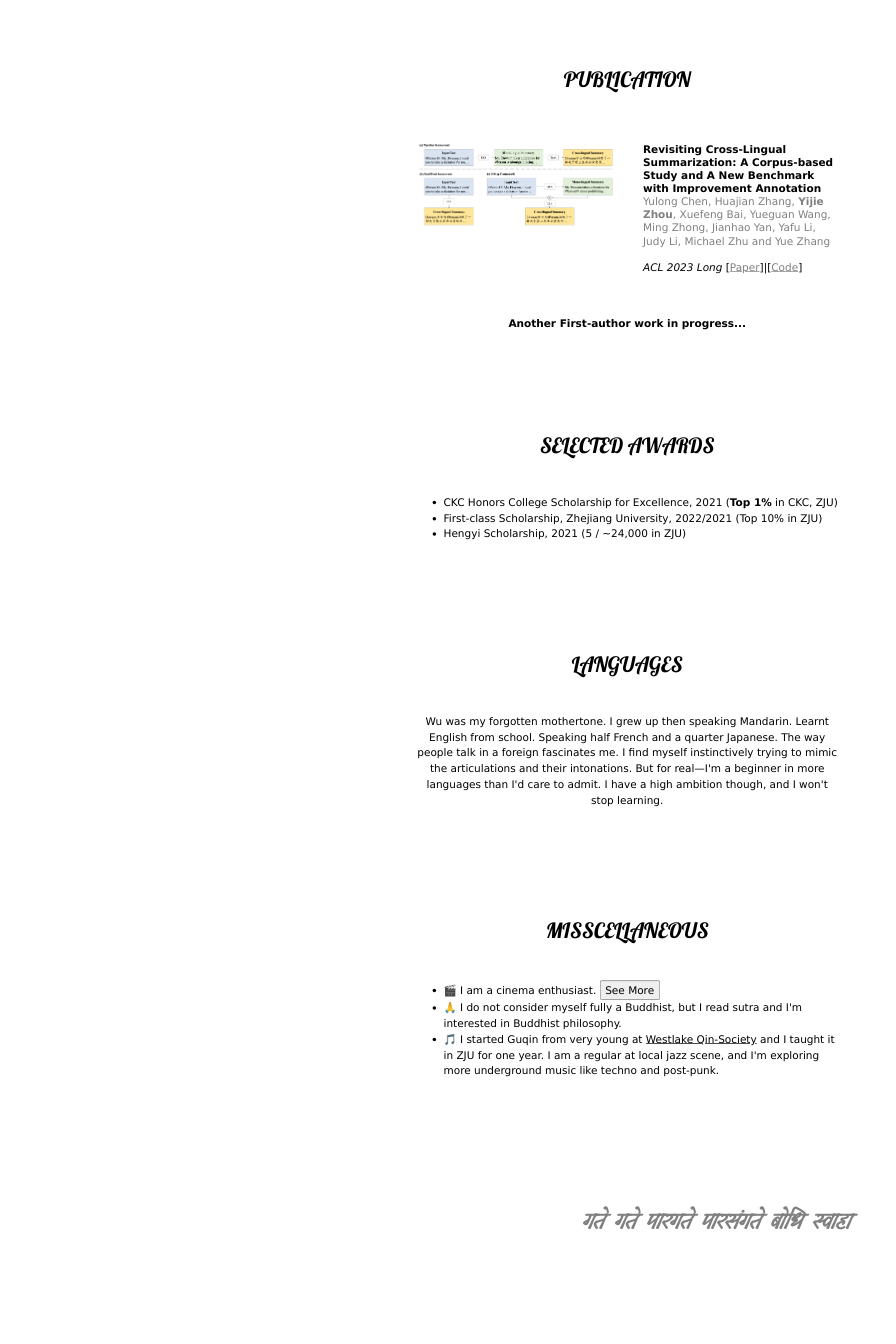
Repository: Ej-zhou/ej-zhou.github.io
Page: index.html
An editor plug-in stored every save of this project. The page is shown before and after the next save, followed by the edit.
The browser window is 1280 px wide. The pictures show the part of the page from y = 2788 to 4708 px (the page is 4708 px tall), at 70% of full size.
Some web fonts or font styles are not loaded; a fallback is used.

Above is the page before, as saved 2023-08-26 16:34:32.

After the next save:
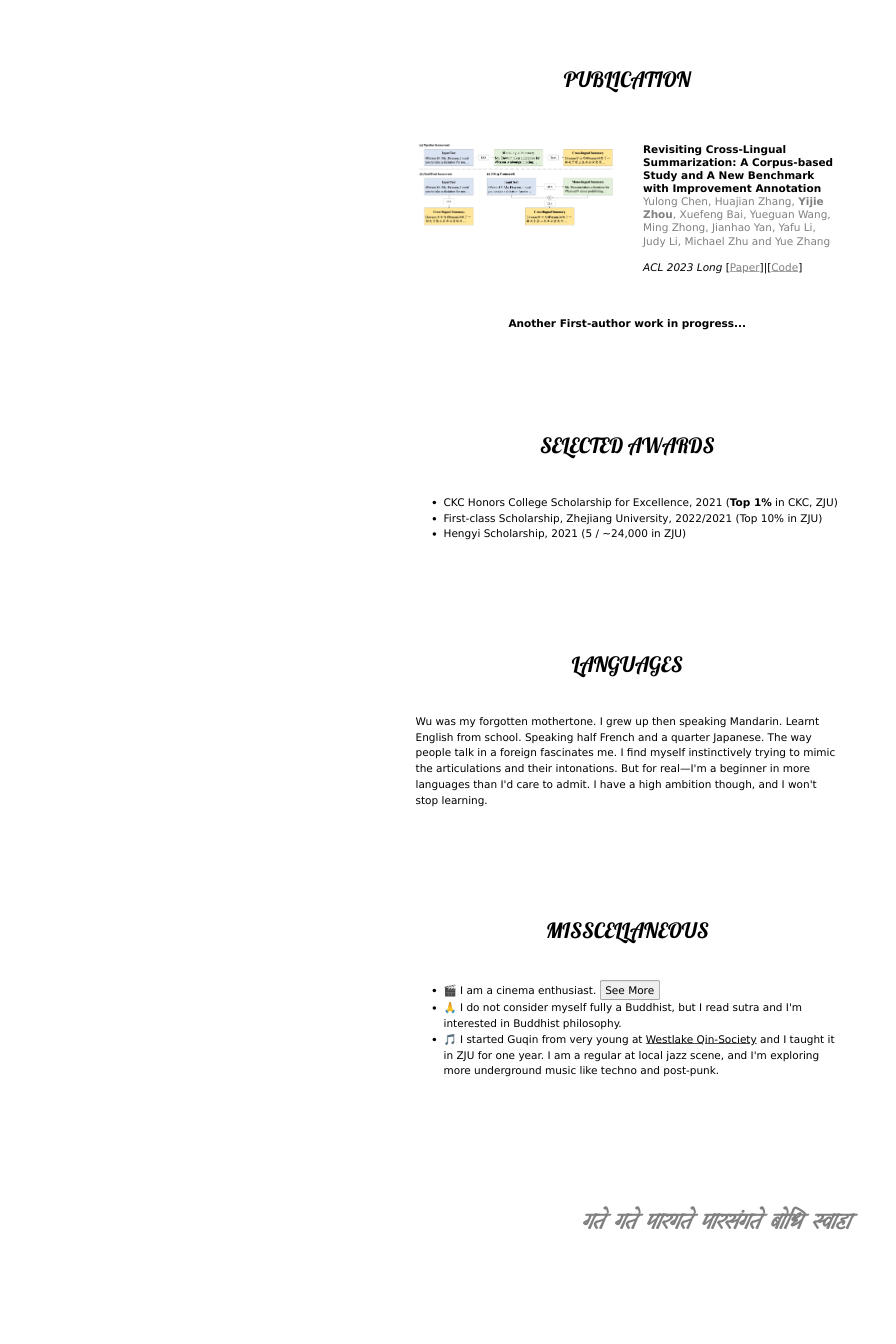
Saved 6 s later.
--- a/index.html
+++ b/index.html
@@ -482,11 +482,11 @@
 
       <h2>LANGUAGES</h2>
       <br/>
-      <p>
+      <p style="text-align: left;">
       Wu was my forgotten mothertone. I grew up then speaking Mandarin. Learnt English from school.
       Speaking half French and a quarter Japanese. The way people talk in a foreign fascinates me.  I find myself instinctively trying to mimic the articulations and their intonations.
       But for real—I'm a beginner in more languages than I'd care to admit. I have a high ambition though, and I won't stop learning.
-    </p>
+      </p>
       <!-- <ul style="text-align: left;">
         <li>CKC Honors College Scholarship for Excellence, 2021 (<b>Top 1%</b> in CKC, ZJU)</li>
         <li>First-class Scholarship, Zhejiang University, 2022/2021 (Top 10% in ZJU)</li>
